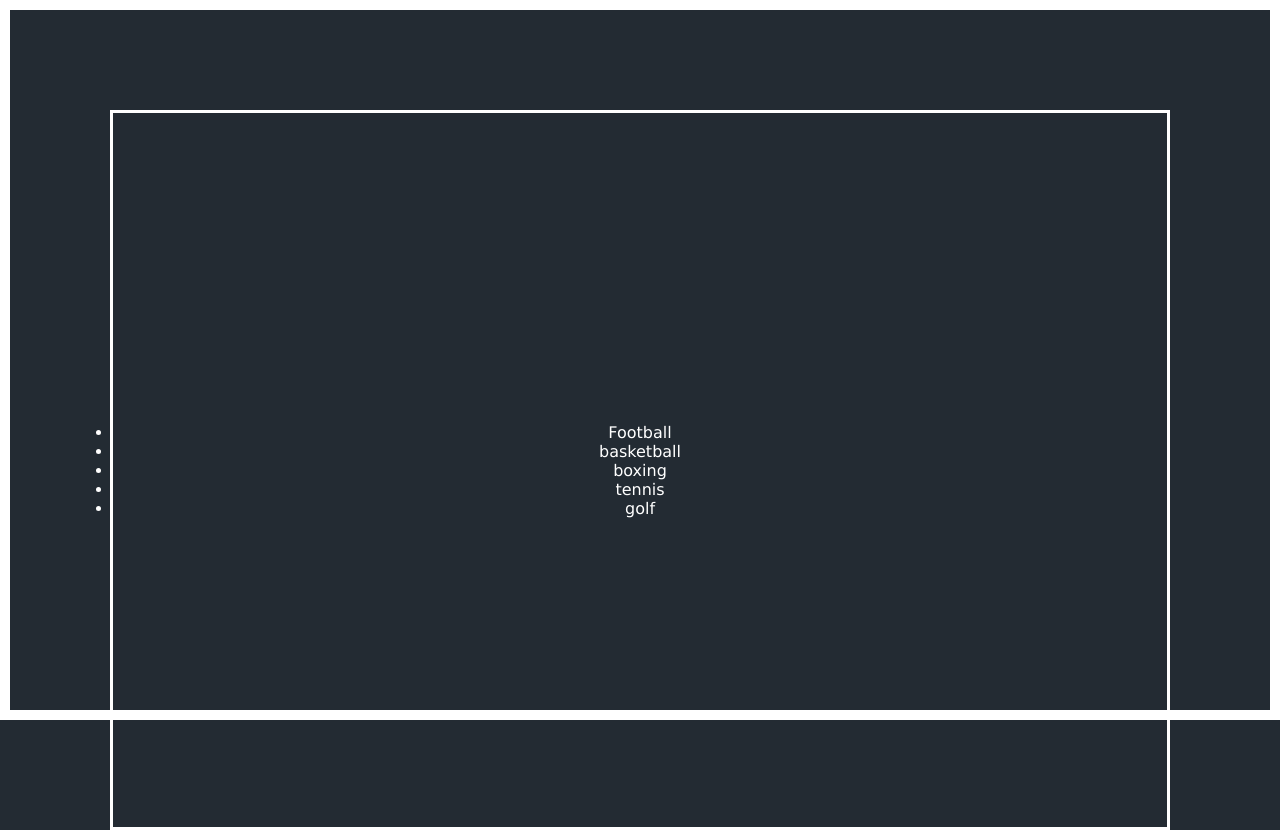
Repository: wakoya-tech/react-project
Page: Desktop/shaakala/aschu/index.html
The author's editor kept a copy of each file at every save. The page is drawn from the files as they stood at one save, then again after the next save.
The browser window is 1280 px wide. The pictures show the whole page.

Above is the page before, as saved 2025-08-29 20:16:13.

After the next save:
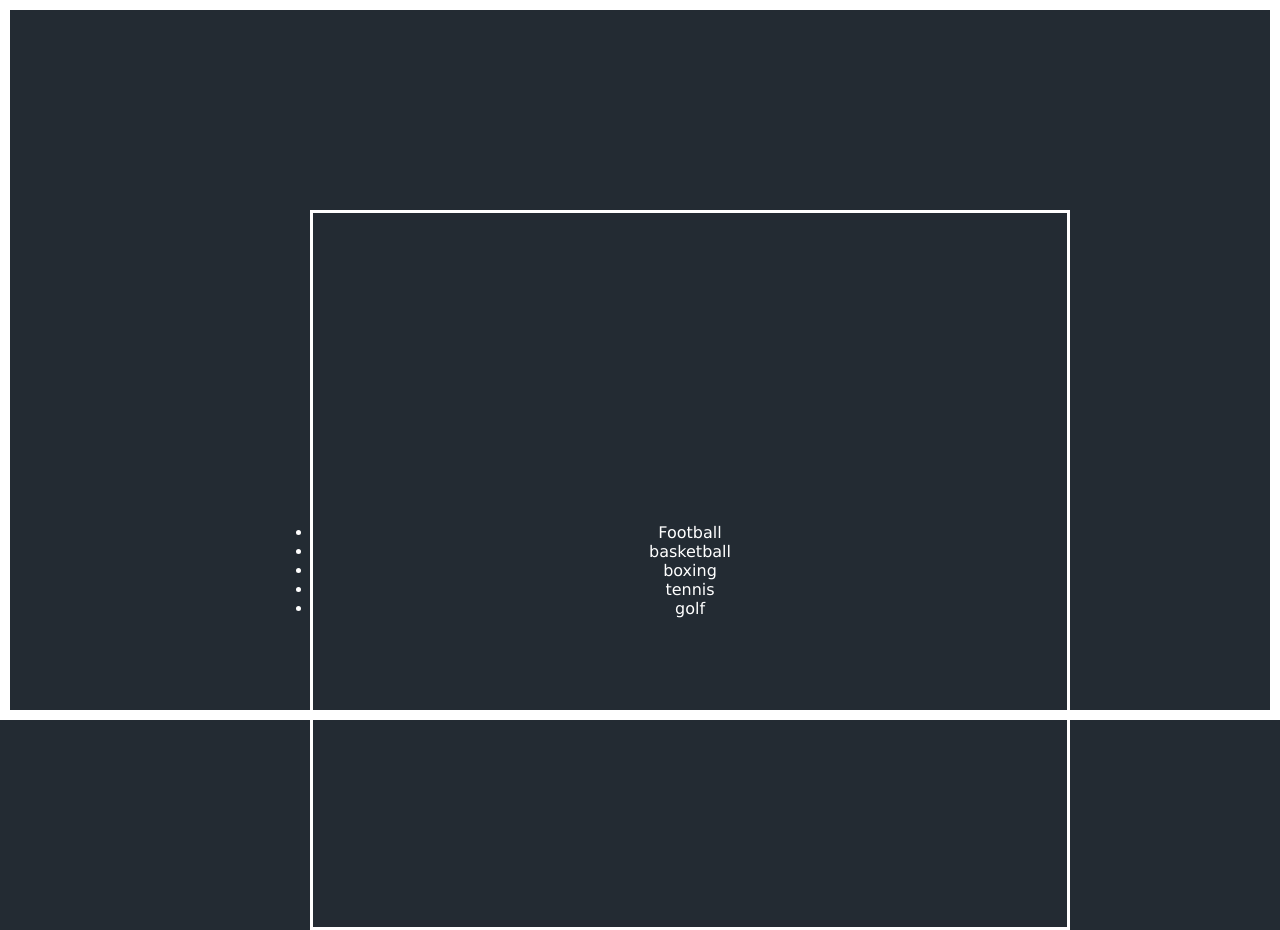
Saved 54 s later.
--- a/Desktop/shaakala/aschu/index.html
+++ b/Desktop/shaakala/aschu/index.html
@@ -27,7 +27,7 @@
         justify-content: center;
         height: 100vh;
         border: 3px solid white;
-        margin: 100px;
+        margin: 200px 200px 300px 300px;
     }
 
 </style>
